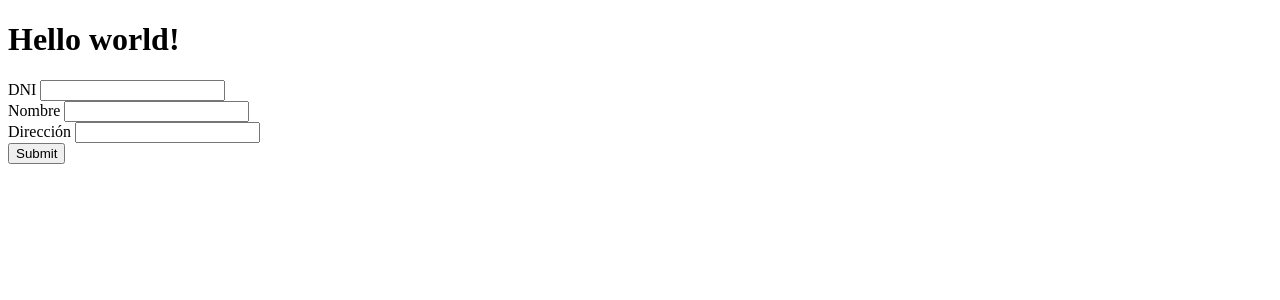
Repository: LaureanoC/Java-Foodtruck
Page: Foodtruck/src/main/webapp/altaEmpleado.html
These files come from the project's save history. The page is drawn as it stood at one moment and after the next save; the edit follows.
The browser window is 1280 px wide. The pictures show the whole page.

Above is the page before, as saved 2023-07-08 01:43:01.

After the next save:
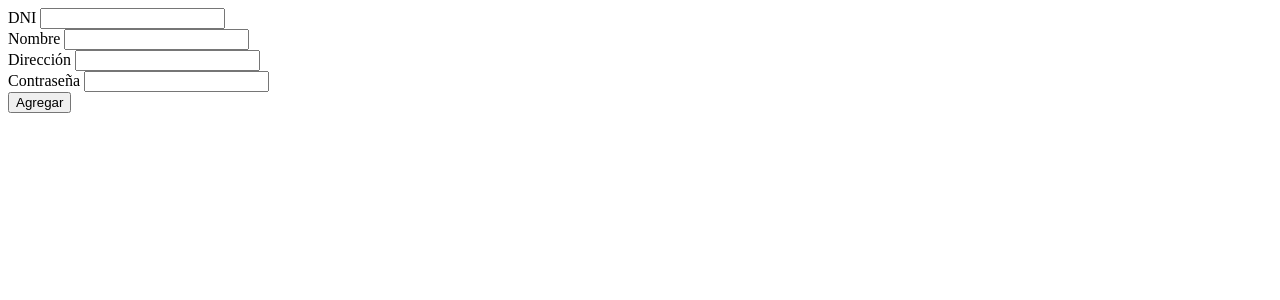
Saved 43 min 45 s later.
--- a/Foodtruck/src/main/webapp/altaEmpleado.html
+++ b/Foodtruck/src/main/webapp/altaEmpleado.html
@@ -5,9 +5,11 @@
 <title>Insert title here</title>
 </head>
 <body>
-	<h1>Hello world!</h1>
+	<header>
 
-	<form action="listadoclientes" method="post"">
+	</header>
+
+	<form action="listadoempleados" method="post"">
 		<div>
 			<label>DNI</label>
 			<input name="dni">
@@ -20,7 +22,11 @@
 			<label>Dirección</label>
 			<input name="direccion">
 		</div>
-		<button type="submit">Submit</button>
+		<div>
+			<label>Contraseña</label>
+			<input name="password">
+		</div>
+		<button type="submit">Agregar</button>
 
 	</form>
 </body>
